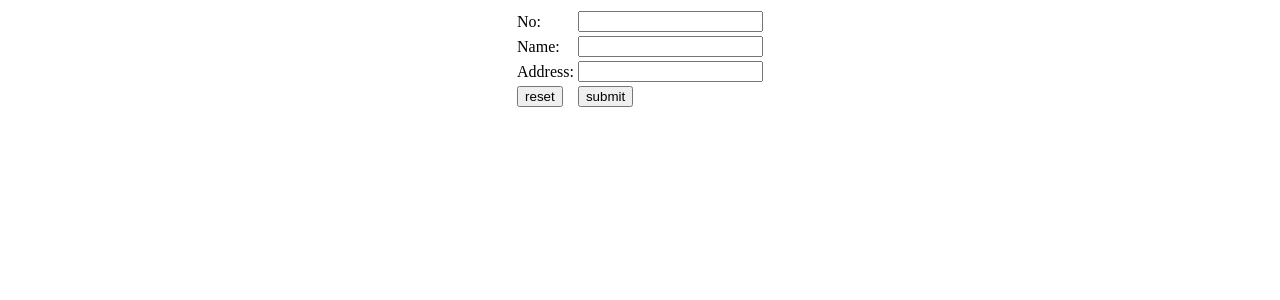
Repository: munnakumar046/eclipse-workspace
Page: DBApp/WebContent/form.html
An editor plug-in stored every save of this project. The page is shown before and after the next save, followed by the edit.
The browser window is 1280 px wide. The pictures show the whole page.

Above is the page before, as saved 2024-11-06 11:04:18.

After the next save:
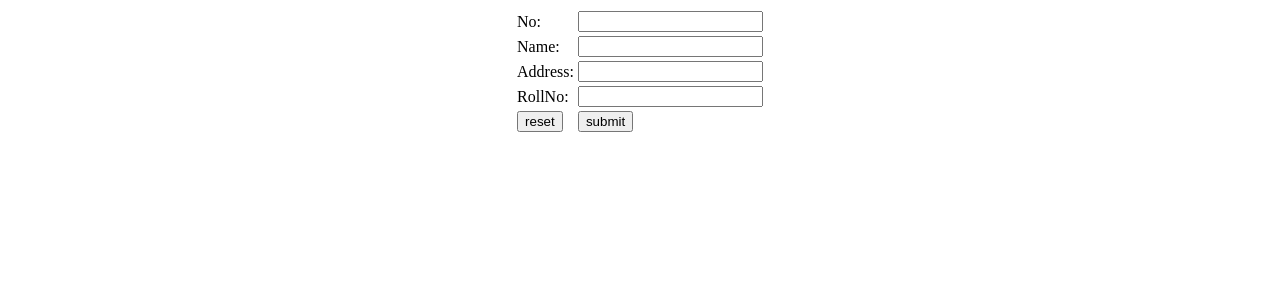
Saved 9 s later.
--- a/DBApp/WebContent/form.html
+++ b/DBApp/WebContent/form.html
@@ -19,6 +19,11 @@
 		</tr>
 
 		<tr>
+			<td>RollNo:</td>
+			<td><input type="text" name="t4"/></td>
+		</tr>
+
+		<tr>
 			<td><input type="reset" value="reset"/></td>
 			<td><input type="submit" value="submit"/></td>
 		</tr>
